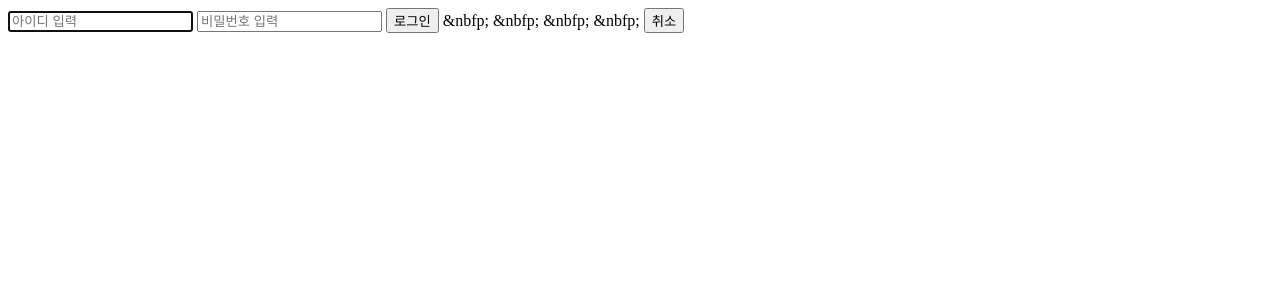
Repository: HyoJun-A/jsp
Page: practice01/WebContent/WEB-INF/loginForm.html
An editor plug-in stored every save of this project. The page is shown before and after the next save, followed by the edit.
The browser window is 1280 px wide. The pictures show the whole page.

Above is the page before, as saved 2022-10-17 09:18:11.

### practice01/WebContent/WEB-INF/loginForm.html
<!DOCTYPE html>
<html>
<head>
<meta charset="UTF-8">
<title>로그인 폼</title>
</head>
<body>
	<form action="test05.jsp" name="loginForm" method="post">
		<input type="text" name="id" id="id" placeholder="아이디 입력" autofocus required>
		<input type="password" name="pw" id="pw" placeholder="비밀번호 입력">
		<input type="submit" value="로그인">
		&nbfp; &nbfp; &nbfp; &nbfp;
		<input type="reset" value="취소">
	</form>
</body>
</html>

After the next save:
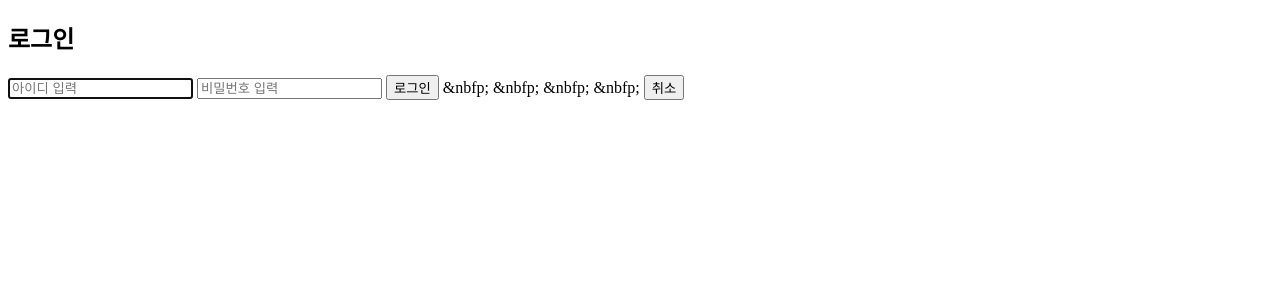
Saved 17 s later.
--- a/practice01/WebContent/WEB-INF/loginForm.html
+++ b/practice01/WebContent/WEB-INF/loginForm.html
@@ -5,6 +5,7 @@
 <title>로그인 폼</title>
 </head>
 <body>
+	<h2>로그인</h2>
 	<form action="test05.jsp" name="loginForm" method="post">
 		<input type="text" name="id" id="id" placeholder="아이디 입력" autofocus required>
 		<input type="password" name="pw" id="pw" placeholder="비밀번호 입력">
